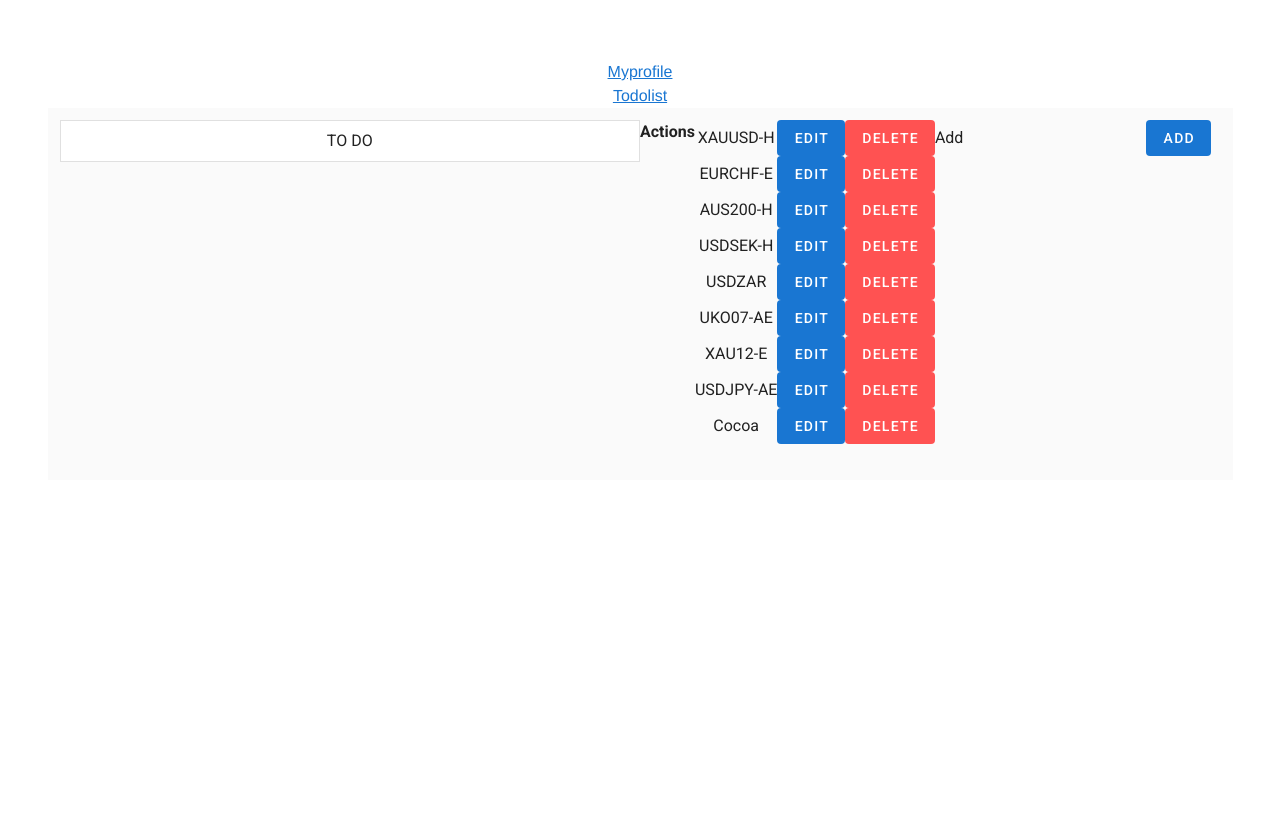
Repository: Shanshan67/todolist
Page: /#/todolist
These files come from the project's save history. The page is drawn as it stood at one moment and after the next save; the edit follows.
The browser window is 1280 px wide. The pictures show the whole page.
The project was rebuilt for these pictures with package versions that can differ from the ones it lists, and the page was loaded fresh each time. Requests to the local data server were answered from the project's data file. Also part of the build but not shown: src/pages/Dashboard.vue, src/components/Search.vue, src/components/List.vue, src/pages/Myprofile.vue.

Above is the page before, as saved 2022-07-20 19:44:14.

### index.html
<!DOCTYPE html>
<html>
  <head>
    <meta charset="utf-8">
    <meta name="viewport" content="width=device-width,initial-scale=1.0">
    <link href="https://fonts.googleapis.com/css?family=Roboto:100,300,400,500,700,900" rel="stylesheet">
    <link href="https://cdn.jsdelivr.net/npm/@mdi/font@6.x/css/materialdesignicons.min.css" rel="stylesheet">
    <title>baoge</title>
  </head>
  <body>
    <div id="app"></div>
    <!-- built files will be auto injected -->
  </body>
</html>

### src/main.js
// The Vue build version to load with the `import` command
// (runtime-only or standalone) has been set in webpack.base.conf with an alias.
import Vue from 'vue'
import App from './App'
import router from './router'
import store from './store'
import './plugins/vuetify'
import vuetify from '@/plugins/vuetify'

Vue.config.productionTip = false

/* eslint-disable no-new */
new Vue({
  el: '#app',
  router,
  store,
  vuetify,
  components: { App },
  template: '<App/>'
})

### src/App.vue
<template>
  <v-app>
    <div>
      <HelloWorld/>
    </div>
    <div>
      <router-link to="/profile">Myprofile</router-link>
      <v-spacer></v-spacer>
      <router-link to="/todolist">Todolist</router-link>
    </div>
    <v-content>
      <router-view/>
    </v-content>
  </v-app>
</template>

<script>
import Dashboard from './pages/Dashboard.vue';
export default {
    name: "App",
    components: { Dashboard }
}
</script>

<style>
#app {
  font-family: 'Avenir', Helvetica, Arial, sans-serif;
  -webkit-font-smoothing: antialiased;
  -moz-osx-font-smoothing: grayscale;
  text-align: center;
  color: #2c3e50;
  margin-top: 60px;
}
</style>

### src/router/index.js
import Vue from 'vue'
import Router from 'vue-router'
import Dashboard from '@/pages/Dashboard'
import Myprofile from '../pages/Myprofile'
import Todolist from '../pages/Todolist'

Vue.use(Router)

export default new Router({
  routes: [
    {
      path: '/',
      name: 'Dashboard',
      component: Dashboard
    },
    {
			path:'/profile',
			component:Myprofile
		},
		{
			path:'/todolist',
			component:Todolist
		}
  ]
})

### src/store/index.js
import Vue from 'vue'
import Vuex from 'vuex'
import Axios from "axios"

Vue.use(Vuex)

const todoUrl = "http://localhost:3000/todos";

const actions = {
	searchName(context,value){
		Axios.get(`${todoUrl}/${value}`).then(response => {
            context.commit('searchName', response.data);
			console.log(response.data)
        });
	}
}


const mutations = {
	searchName(state,data){
		state.users = data
	}
}

const state = {
	users:[]
}

export default new Vuex.Store({
	state,
	actions,
	mutations
})

### src/plugins/vuetify.js
// src/plugins/vuetify.js

import Vue from 'vue'
import Vuetify from 'vuetify'
import 'vuetify/dist/vuetify.min.css'

Vue.use(Vuetify, {
    iconfont: 'md',
    theme:{
        primary: '#962ff',
        success: '#3cd1c2',
        info: '#ffaa2c',
        error: '#f83e70',
    }
})

const opts = {}

export default new Vuetify(opts)

### src/pages/Todolist.vue
<template>
	<div>
		<v-app id="inspire">
    		<v-container class="grey lighten-5">
				<v-row class="mb-6" no-gutters>
					<v-col sm="5" md="6">
						<v-card class="pa-2" outlined tile>TO DO</v-card>
					</v-col>

					<th>Actions</th>
					<tbody>
						<tr v-for="(item, i) in todoList" :key="i">
							<td class="align-middle w-75">
								{{item.name}}
							</td>
							<td class="align-middle text-center w-75">
								<v-btn
        							depressed
        							color="primary"
									@click="handleEdit(item.id)">Edit</v-btn>
      		 					<v-btn
        							depressed
        							color="error"
									@click="handleDelete(item.id)">Delete</v-btn>
							</td>
						</tr>
					</tbody>
					<tfoot>
						<td class="align-middle text-center w-75">
							<div class="form-group">
								<label for="">
									{{ editMode ? "Edit" : "Add" }}</label>
								<input
									type="text"
									class="form-control"
									v-model="todoItem.name"
								/>
							</div>
						</td>
						<td class="align-middle text-center w-25">
							<v-btn
        						depressed
        						color="primary"
								@click="handleToDoItem">{{ editMode ? "Edit" : "Add" }}</v-btn>
							<v-btn
								v-if="editMode"
        						depressed
        						color="error"
								@click="handleCancel">Cancel</v-btn>
						</td>
					</tfoot>
				</v-row>
			</v-container>
  		</v-app>
	</div>
</template>

<script>
	import Axios from "axios";
	const todoUrl = "http://localhost:3000/todos";
	export default {
		name:'Todolist',
		data() {
			return {
				todoList:[],
				todoItem:{},
				editMode:false
			}
		},
		methods: {
			handleEdit(id){
				this.editMode=true;
				this.todoItem=this.todoList.find((item) => item.id == id);
			},
			handleCancel() {
				this.editMode=false;
				this.todoItem="";
			},
			async handleToDoItem(){
				const id=this.todoItem.id;
				if(this.editMode){
					await Axios.put(`${todoUrl}/${id}`, this.todoItem);
					this.editMode=false;
					this.todoItem.name="";
				}else{
					await Axios.post(todoUrl, this.todoItem);
					this.todoItem.name = "";
				}
				Axios.get(todoUrl).then((response) => (this.todoList = response.data));
			},
			async handleDelete(id) {
				await Axios.delete(`${todoUrl}/${id}`);
				Axios.get(todoUrl).then((response) => (this.todoList = response.data));
			}
		},
		created() {
			Axios.get(todoUrl).then((response) => (this.todoList = response.data));
		}
	}
</script>

### db.json
{
  "todos": [
    {
      "id": 2,
      "server_id": 3,
      "name": "XAUUSD-H",
      "description": "Gold vs USD",
      "currency": "USD",
      "type": 4,
      "digits": 2,
      "trade": 0,
      "swap_long": -1.83625,
      "swap_short": 1.82325,
      "contract_size": 100
    },
    {
      "id": 3,
      "server_id": 3,
      "name": "EURCHF-E",
      "description": "Euro vs Swiss Franc",
      "currency": "EUR",
      "type": 6,
      "digits": 5,
      "trade": 0,
      "swap_long": 0.027,
      "swap_short": -0.825,
      "contract_size": 100000
    },
    {
      "id": 4,
      "server_id": 3,
      "name": "AUS200-H",
      "description": "S&P/ASX200",
      "currency": "AUD",
      "type": 4,
      "digits": 2,
      "trade": 0,
      "swap_long": 0.68,
      "swap_short": -1.06,
      "contract_size": 1
    },
    {
      "id": 5,
      "server_id": 3,
      "name": "USDSEK-H",
      "description": "US Dollar vs Swedish Krona",
      "currency": "USD",
      "type": 4,
      "digits": 5,
      "trade": 0,
      "swap_long": 0.256,
      "swap_short": -1.44,
      "contract_size": 100000
    },
    {
      "id": 6,
      "server_id": 3,
      "name": "USDZAR",
      "description": "US Dollar vs South African Rand",
      "currency": "USD",
      "type": 0,
      "digits": 5,
      "trade": 2,
      "swap_long": -23.004,
      "swap_short": 5.88,
      "contract_size": 100000
    },
    {
      "id": 8,
      "server_id": 3,
      "name": "UKO07-AE",
      "description": "Brent Crude Oil Cash Future 0124-0530",
      "currency": "USD",
      "type": 29,
      "digits": 3,
      "trade": 0,
      "swap_long": -8.604,
      "swap_short": 4.626,
      "contract_size": 1000
    },
    {
      "id": 9,
      "server_id": 3,
      "name": "XAU12-E",
      "description": "Gold Future",
      "currency": "USD",
      "type": 4,
      "digits": 2,
      "trade": 0,
      "swap_long": -11.088,
      "swap_short": 0.792,
      "contract_size": 100
    },
    {
      "id": 10,
      "server_id": 3,
      "name": "USDJPY-AE",
      "description": "US Dollar vs Japanese Yen",
      "currency": "USD",
      "type": 27,
      "digits": 3,
      "trade": 0,
      "swap_long": 1.35,
      "swap_short": -4.191,
      "contract_size": 100000
    },
    {
      "id": 11,
      "server_id": 3,
      "name": "Cocoa",
      "description": "US Cocoa",
      "currency": "USD",
      "type": 20,
      "digits": 1,
      "trade": 0,
      "swap_long": -12.3289,
      "swap_short": 7.3873,
      "contract_size": 10
    }
  ]
}

After the next save:
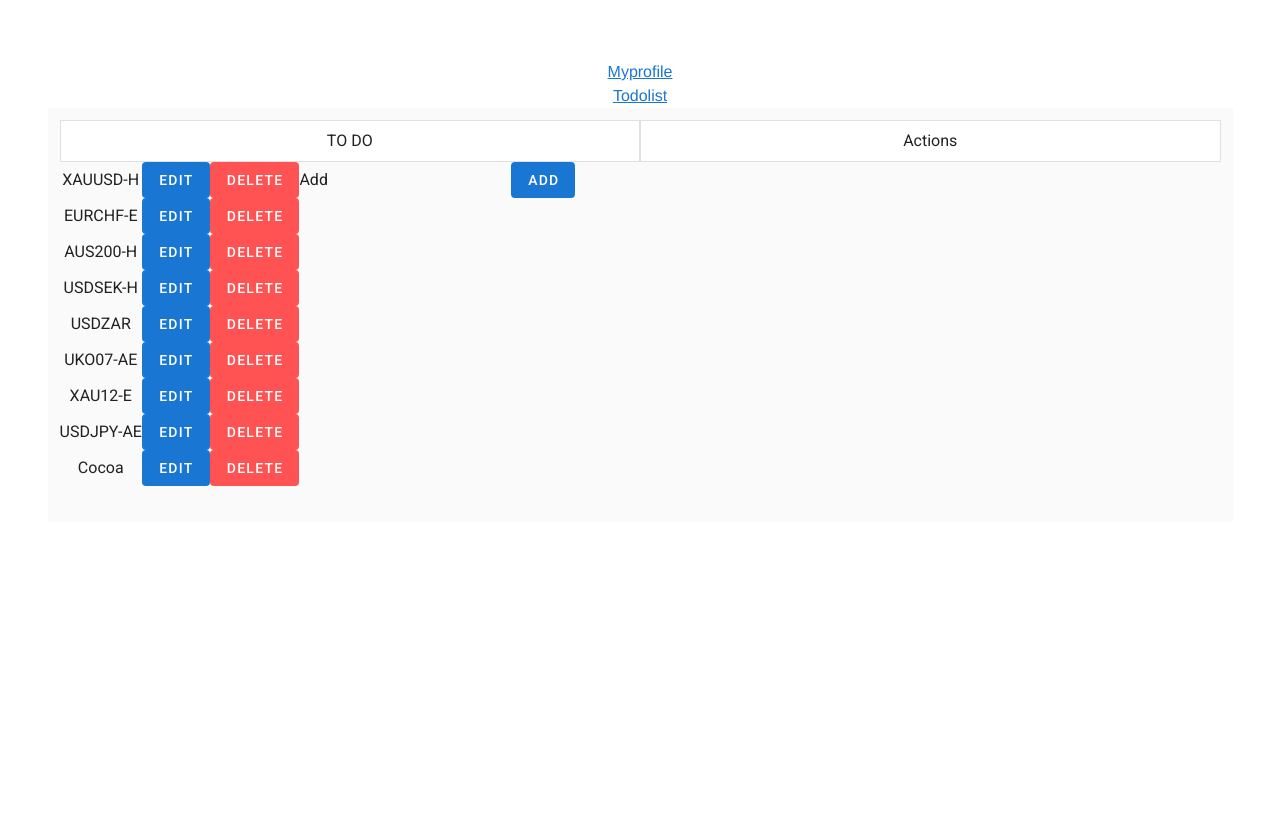
Saved 92 s later.
--- a/src/pages/Todolist.vue
+++ b/src/pages/Todolist.vue
@@ -6,8 +6,9 @@
 					<v-col sm="5" md="6">
 						<v-card class="pa-2" outlined tile>TO DO</v-card>
 					</v-col>
-
-					<th>Actions</th>
+					<v-col sm="5" offset-sm="2" md="6" offset-md="0">
+          				<v-card class="pa-2" outlined tile>Actions</v-card>
+        			</v-col>
 					<tbody>
 						<tr v-for="(item, i) in todoList" :key="i">
 							<td class="align-middle w-75">
